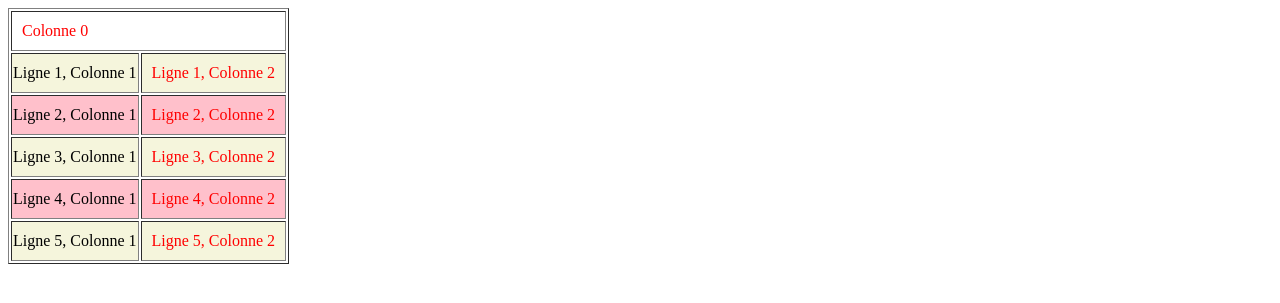
Repository: Chaimaa482/web-tp4
Page: ex1.html
The author's editor kept a copy of each file at every save. The page is drawn from the files as they stood at one save, then again after a run of saves.
The browser window is 1280 px wide. The pictures show the whole page.

Above is the page before, as saved 2023-10-22 15:57:43.

### ex1.html
<!DOCTYPE html>
<html>
<head>
</head>
<style>
    .col1 {
        color: red;
        padding: 10px;
    }
    col1 {
        color: red;
        padding: 10px;
    }
</style>
<body>
    <table id="myTable" border="1">
        <tr>
            <td colSpan="2" >Colonne 0</td>
        </tr>
        <tr>
            <td>Ligne 1, Colonne 1</td>
            <td>Ligne 1, Colonne 2</td>
        </tr>
        <tr>
            <td>Ligne 2, Colonne 1</td>
            <td>Ligne 2, Colonne 2</td>
        </tr>
        <tr>
            <td>Ligne 3, Colonne 1</td>
            <td>Ligne 3, Colonne 2</td>
        </tr>
        <tr>
            <td>Ligne 4, Colonne 1</td>
            <td>Ligne 4, Colonne 2</td>
        </tr>
        <tr>
            <td>Ligne 5, Colonne 1</td>
            <td>Ligne 5, Colonne 2</td>
        </tr>
    </table>

    <script>
        var table = document.getElementById("myTable");
        var cells = table.getElementsByTagName("td");

        // Donner une couleur de fond rose aux lignes paires et beige aux lignes impaires
        var rows = table.querySelectorAll("tr");
        for (var i = 1; i < rows.length; i++) {
            if (i % 2 === 0) {
                rows[i].style.backgroundColor = "pink";
            } else {
                rows[i].style.backgroundColor = "beige";
            }
        }

        // Donner une classe col1 aux colonnes paires et col2 aux colonnes impaires
        var cellsCol1 = table.getElementsByClassName("col1");
        var cellsCol2 = table.getElementsByClassName("col2");
        for (var i = 0; i < cells.length; i++) {
            if (i % 2 === 0) {
                cells[i].className = "col1"
            } else {
                cells[i].className = "col2";
            }
        }

        // // Augmenter le padding de toutes les cellules sauf celles de la première ligne
        // for (var i = 1; i < cells.length; i++) {
        //     cells[i].style.padding = "10px";
        // }
    </script>
</body>
</html>

After the next 2 saves:
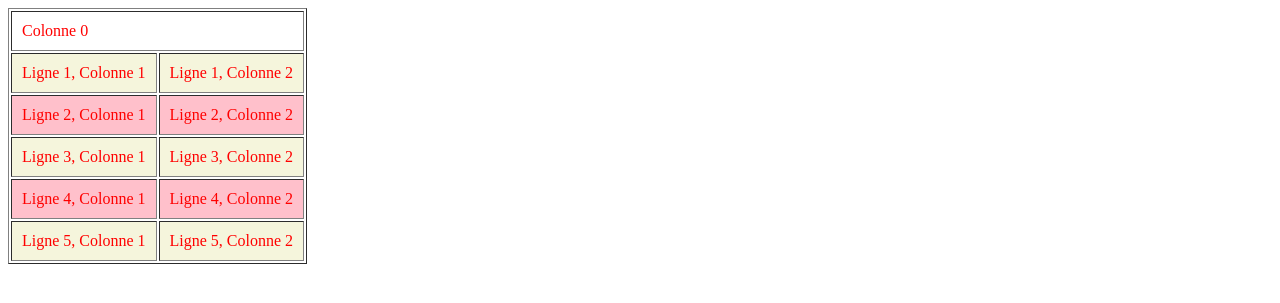
The 2 saves are shown as one change because they came seconds apart.
The last was saved 8 s later.
--- a/ex1.html
+++ b/ex1.html
@@ -7,7 +7,7 @@
         color: red;
         padding: 10px;
     }
-    col1 {
+    .col2 {
         color: red;
         padding: 10px;
     }
